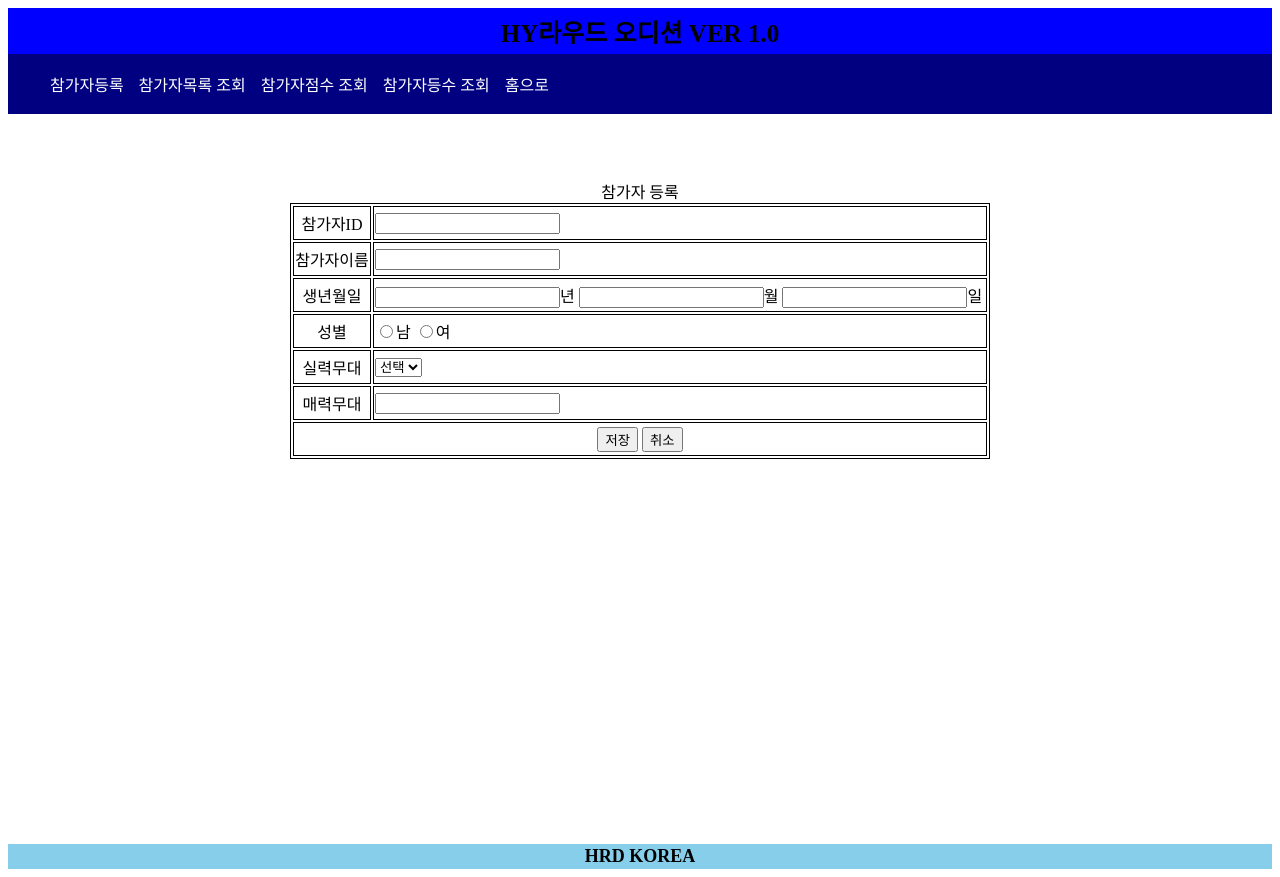
Repository: hoger96/java
Page: http://localhost/Audition/reg.go
These files come from the project's save history. The page is drawn as it stood at one moment and after the next save; the edit follows.
The browser window is 1280 px wide. The pictures show the whole page.
The page is served by Tomcat 9.

Above is the page before, as saved 2023-02-05 15:15:05.

After the next save:
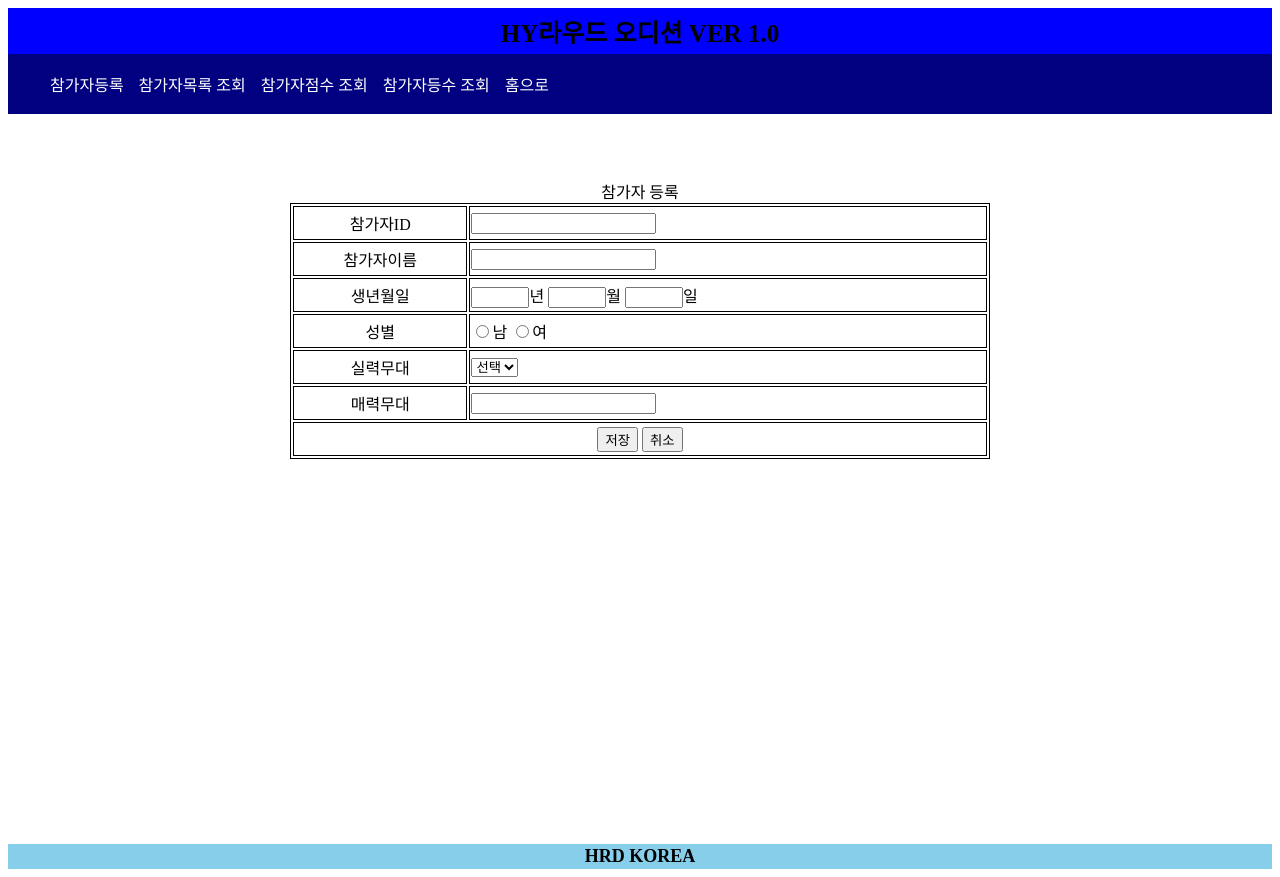
Saved 22 s later.
--- a/Audition/src/main/webapp/css/reg.css
+++ b/Audition/src/main/webapp/css/reg.css
@@ -11,3 +11,6 @@ td{
 .main{
 	text-align:center;
 }
+.bb{
+	width:50px;
+}
